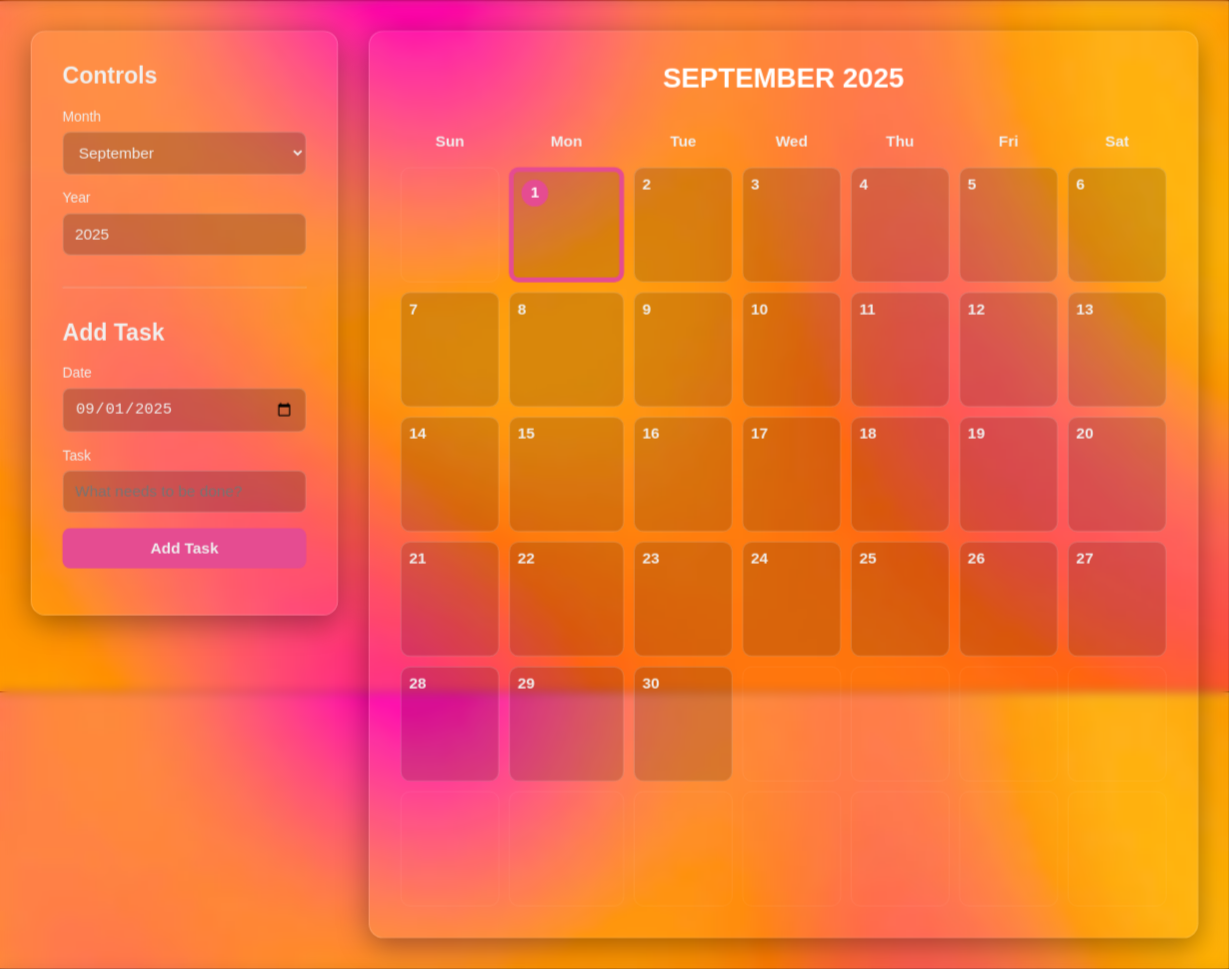
Repository: TanujaNair03/ToDo
Page: static/index.html
An editor plug-in stored every save of this project. The page is shown before and after the next save, followed by the edit.
The browser window is 1280 px wide. The pictures show the whole page, at 96% of full size.
The page's requests for data from a server got no answer. Backgrounds fixed to the window are drawn as part of the page.

Above is the page before, as saved 2025-09-01 16:45:00.

After the next save:
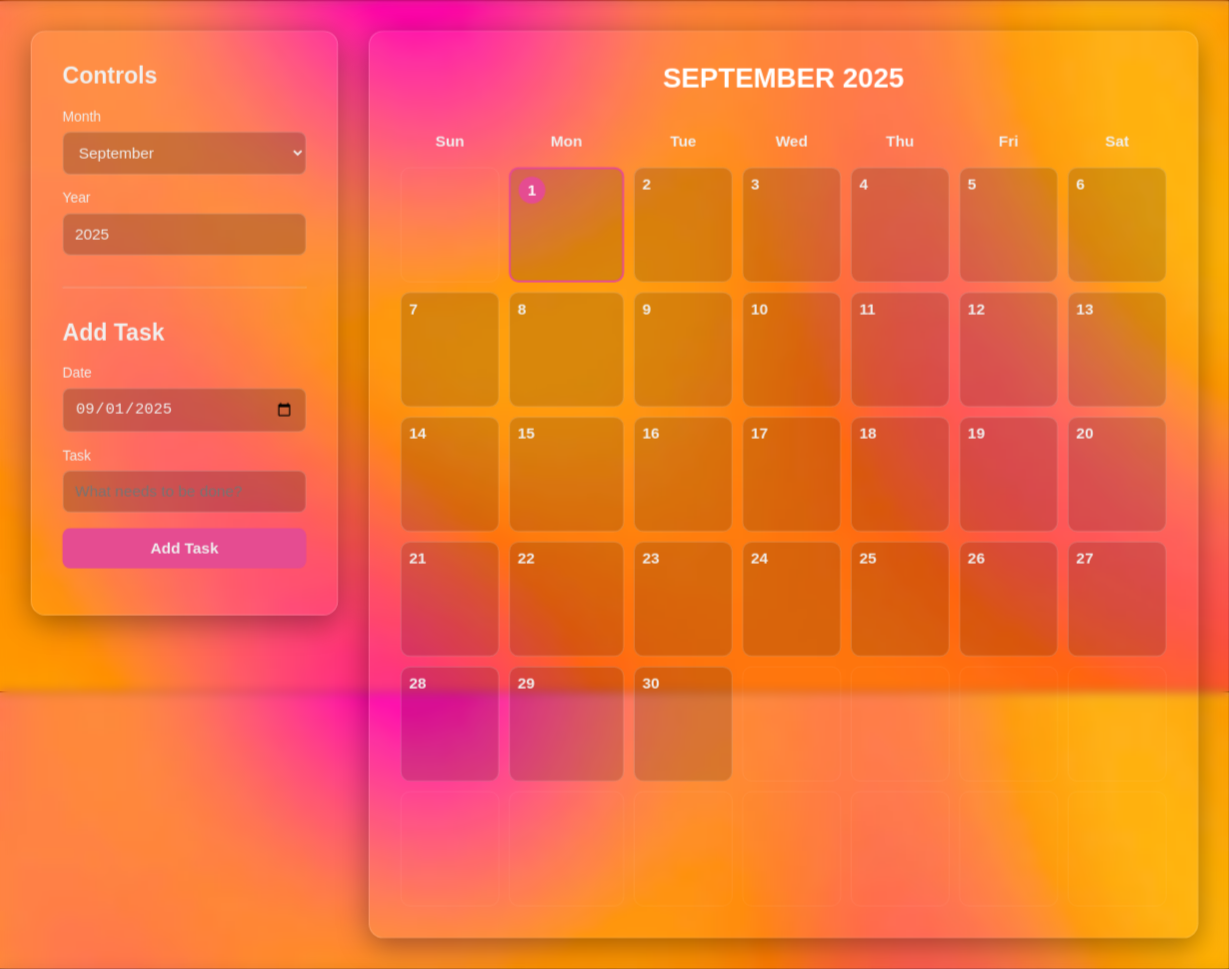
Saved 6 s later.
--- a/static/index.html
+++ b/static/index.html
@@ -120,7 +120,7 @@
             max-height: 200px;
             max-width: 200px;
             border: 1px solid var(--accent-primary);
-            border-width: 5px;
+            border-width: 2px;
         }
 
         .day-cell.expanded {
